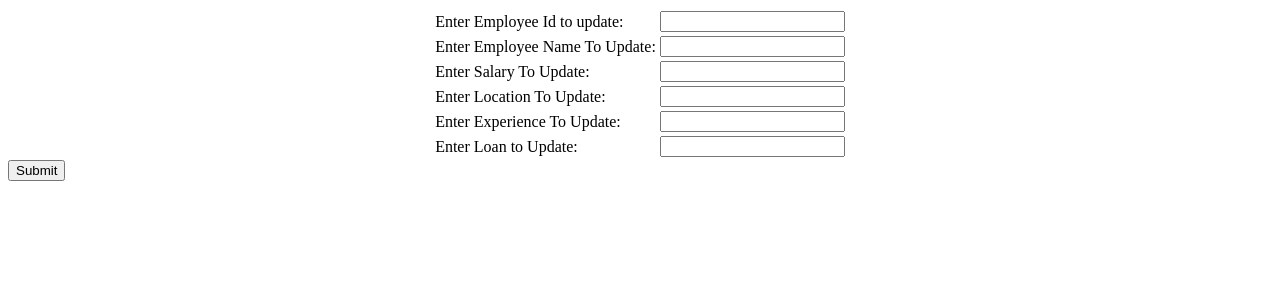
Repository: sravaninallapati1/java1
Page: http://localhost/JSP/update.jsp
An editor plug-in stored every save of this project. The page is shown before and after the next save, followed by the edit.
The browser window is 1280 px wide. The pictures show the whole page.
The page is served by Tomcat 9.

Above is the page before, as saved 2016-12-20 17:43:50.

After the next save:
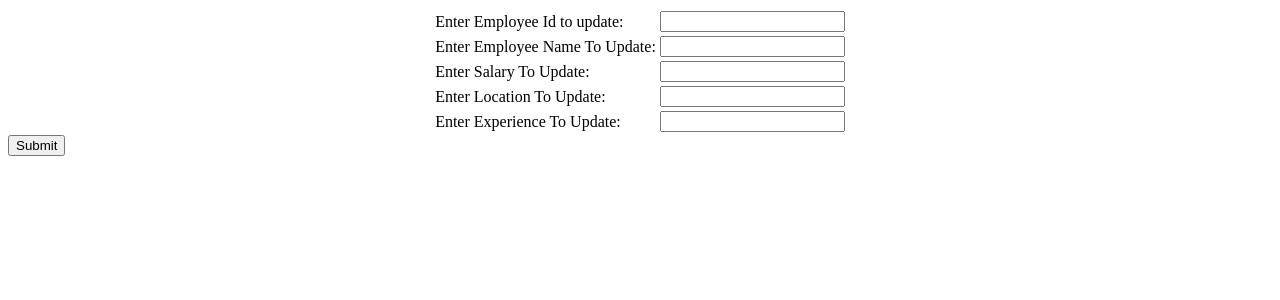
Saved 68 s later.
--- a/JSP/WebContent/update.jsp
+++ b/JSP/WebContent/update.jsp
@@ -31,10 +31,10 @@
       <td>Enter Experience To Update:</td>
       <td><input type="number" name="employeeExp" /></td>
     </tr>
-   <!--  --> <tr>
+   <!-- <tr>
     <td>Enter Loan to Update:</td>
     <td><input type="number" name="employeeLoan"/></td>
-    </tr><!--  -->
+    </tr> -->
 </table>
 <input type="submit" value="Submit">
 </form>
